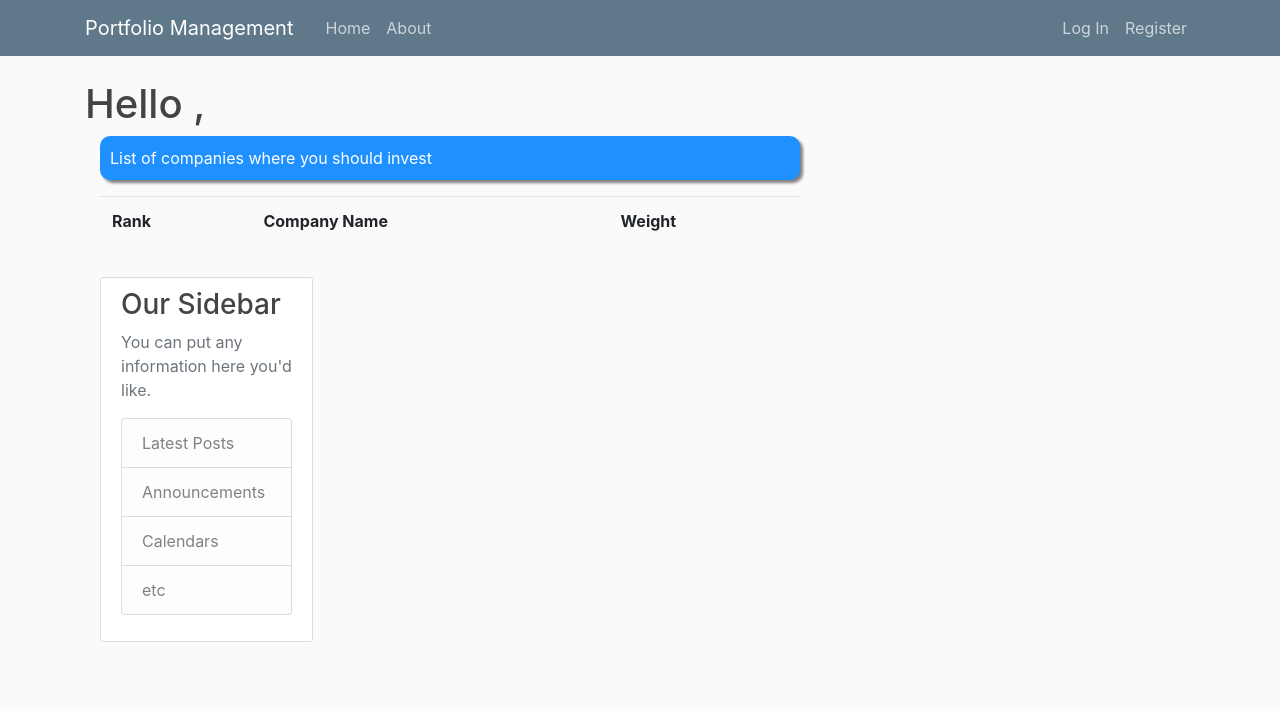
Repository: rahulsolankib/portfolio
Page: Suggest/templates/Suggest/suggest.html
These files come from the project's save history. The page is drawn as it stood at one moment and after the next save; the edit follows.
The browser window is 1280 px wide. The pictures show the whole page.
The page is served by the project's application, run on Django 3.2 (manage.py). The template is opened directly, without the code that normally fills it, so the values that code supplies are empty.

Above is the page before, as saved 2020-10-26 03:12:03.

After the next save:
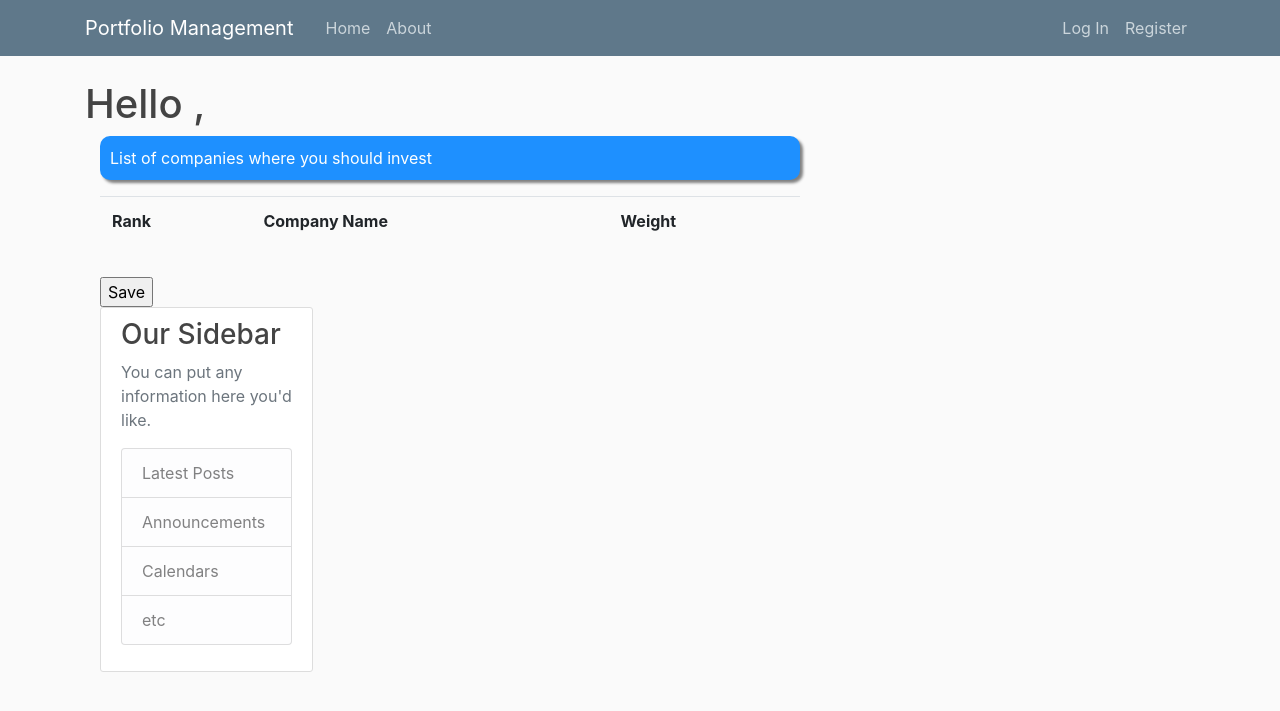
Saved 43 s later.
--- a/Suggest/templates/Suggest/suggest.html
+++ b/Suggest/templates/Suggest/suggest.html
@@ -74,6 +74,12 @@
                 </div>
             </div>
     </div>
+    <form method='POST'>
+        {% csrf_token %}
+
+        <input type='submit' value="Save" />
+    </form>
+
     {% endblock bodydata %}
 
 
